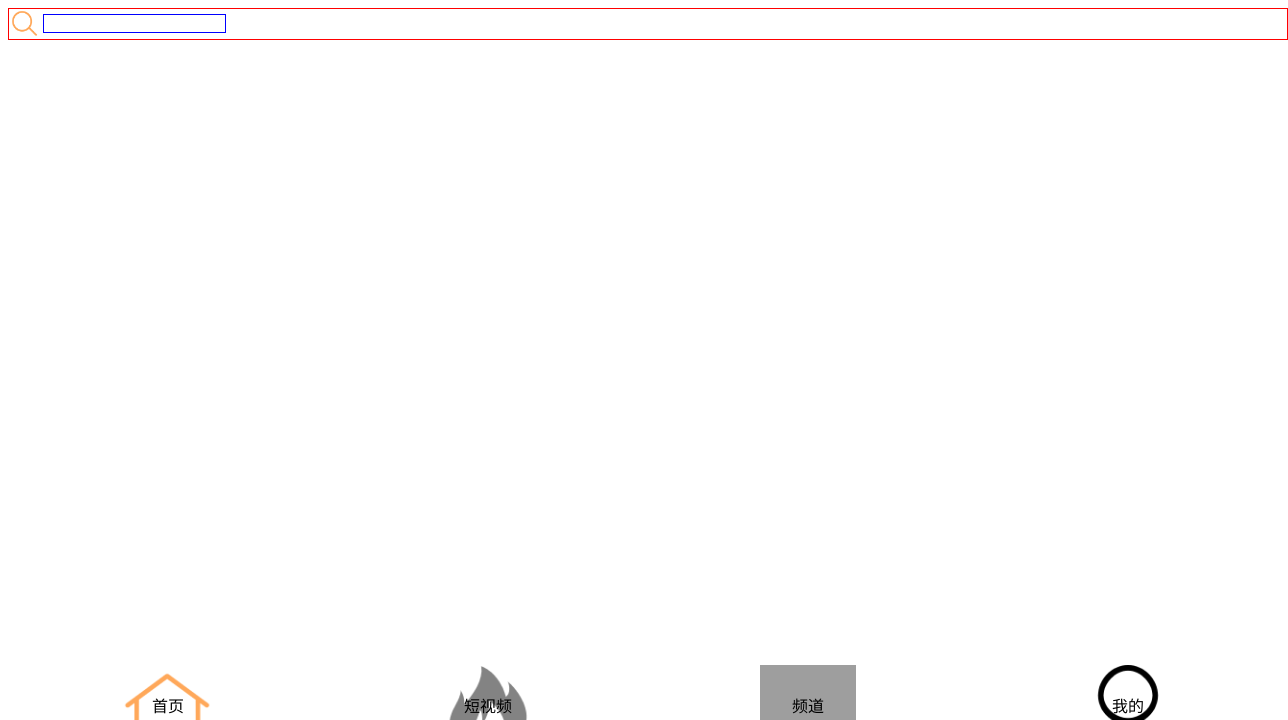
Repository: ITliuxiangyu/H51911Test
Page: video_demo/index.html
The author's editor kept a copy of each file at every save. The page is drawn from the files as they stood at one save, then again after the next save.
The browser window is 1280 px wide. The page is 1288 px wide, so the pictures cover 1288 px, including what lies to the right of the window. The pictures show the whole page.
Pictures or frames that could not be fetched are drawn as grey boxes.

Above is the page before, as saved 2019-12-20 10:32:56.

After the next save:
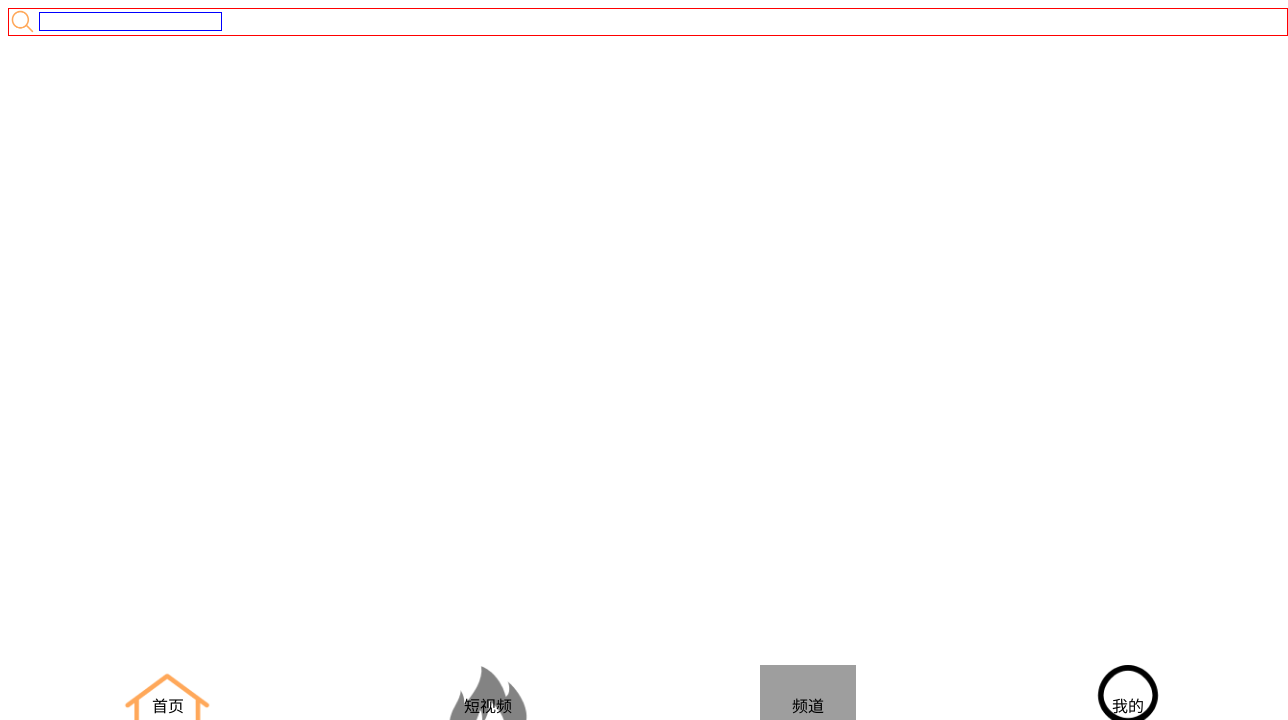
Saved 6 s later.
--- a/video_demo/css/index.css
+++ b/video_demo/css/index.css
@@ -41,8 +41,8 @@
     border: 1px solid red;
 }
 .search_warp .search_img{
-    width: 30px;
-    height: 30px;
+    width: 26px;
+    height: 26px;
     vertical-align: middle;
 }
 .search_warp .search_input{
